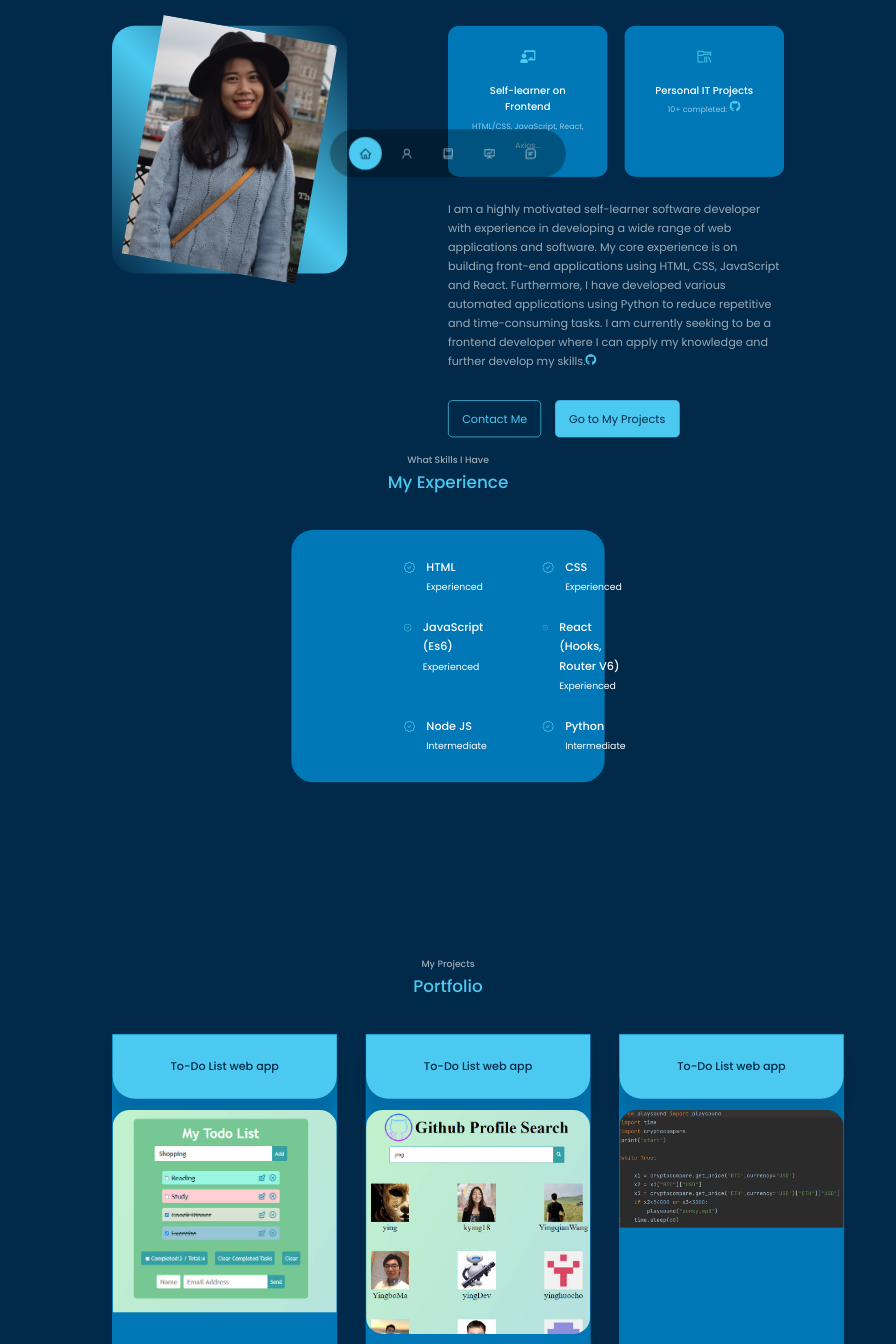
Repository: yingluo1020/react-portfolio-website
Page: /
The author's editor kept a copy of each file at every save. The page is drawn from the files as they stood at one save, then again after the next save.
The browser window is 1280 px wide. The pictures show the part of the page from y = 434 to 2354 px (the page is 3663 px tall), at 70% of full size.
The project was rebuilt for these pictures with package versions that can differ from the ones it lists, and the page was loaded fresh each time. Imported but missing from the stored project, and not drawn on this page: src/assets/cv1.pdf.

Above is the page before, as saved 2022-03-16 09:50:08.

After the next save:
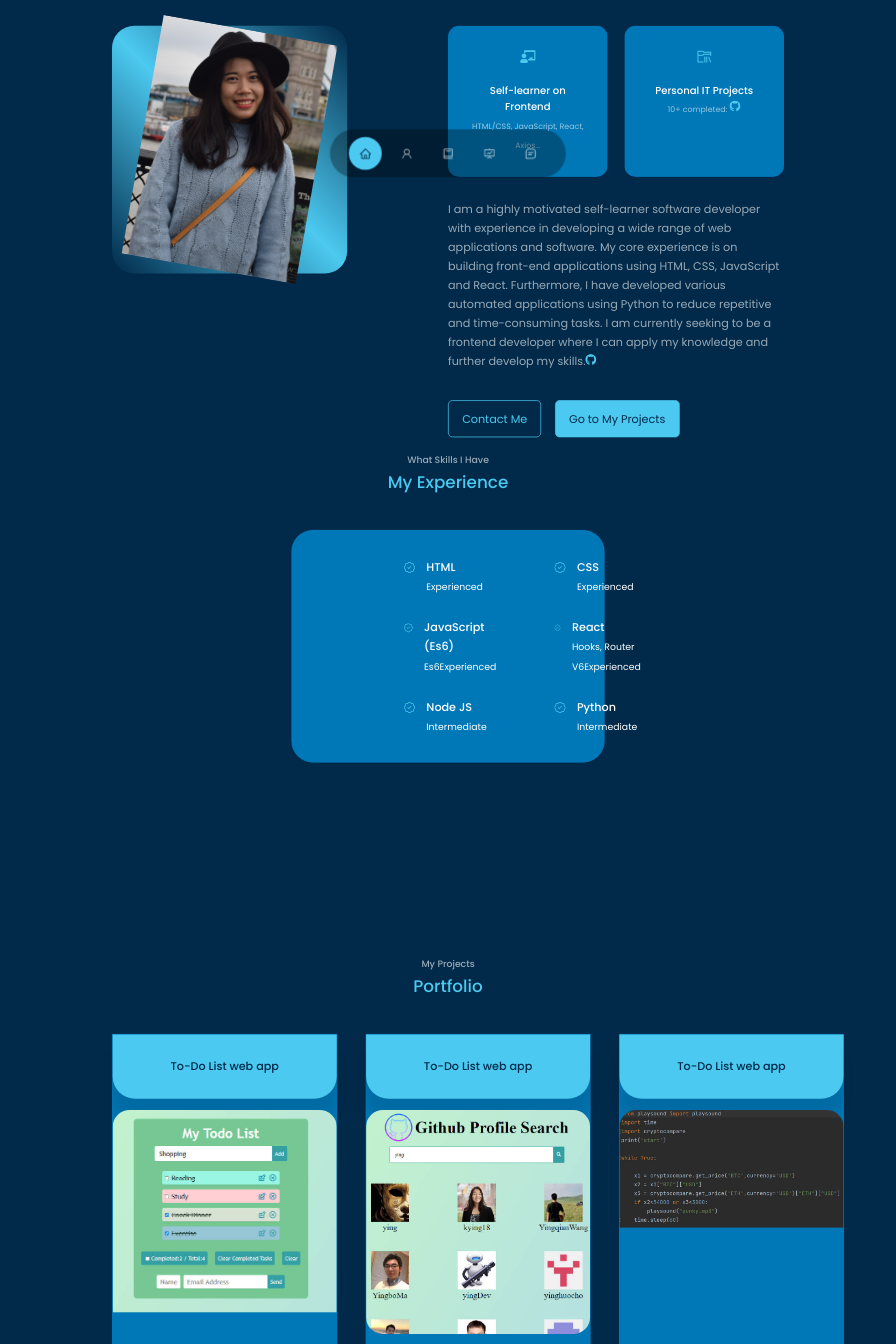
Saved 53 s later.
--- a/src/components/experience/Experience.js
+++ b/src/components/experience/Experience.js
@@ -29,13 +29,15 @@ function Experience() {
                         <BsPatchCheck className='experience_details-icon' />
                         <div>
                             <h4>JavaScript (Es6)</h4>
+                            <small className='text_light'>Es6</small>
                             <small className='text_light'>Experienced</small>
                         </div>
                     </article>
                     <article className='experience_details'>
                         <BsPatchCheck className='experience_details-icon' />
                         <div>
-                            <h4>React (Hooks, Router V6)</h4>
+                            <h4>React </h4>
+                            <small className='text_light'>Hooks, Router V6</small>
                             <small className='text_light'>Experienced</small>
                         </div>
                     </article>
